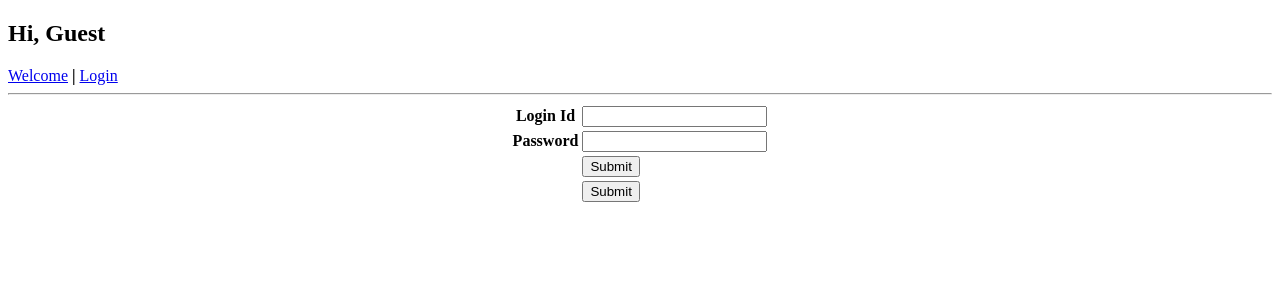
Repository: Ajay12Ajay/Advance_Java
Page: http://localhost/Advance_Web_Project/LoginView.jsp
These files come from the project's save history. The page is drawn as it stood at one moment and after the next save; the edit follows.
The browser window is 1280 px wide. The pictures show the whole page.
The page is served by Tomcat 9.

Above is the page before, as saved 2025-07-24 10:05:44.

After the next save:
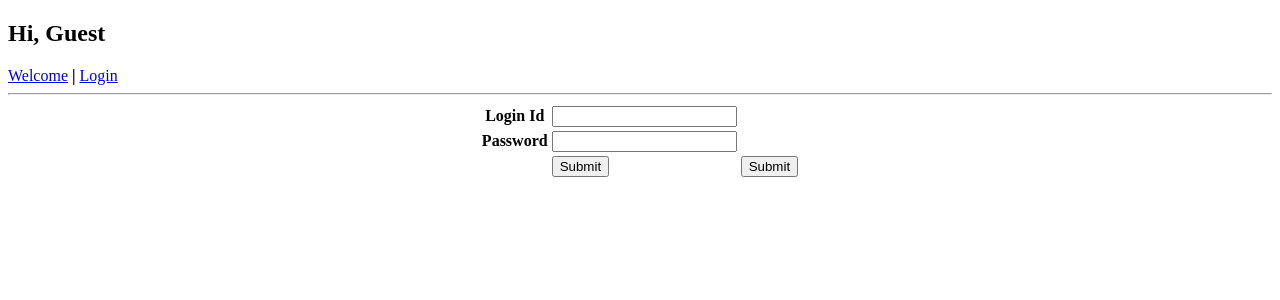
Saved 2 min 3 s later.
--- a/Advance_Java/Advance_Web_Project/WebContent/LoginView.jsp
+++ b/Advance_Java/Advance_Web_Project/WebContent/LoginView.jsp
@@ -24,9 +24,6 @@
 			<tr>
 				<th></th>
 				<td><input type="submit" name="signIn"></td>
-			</tr>
-			<tr>
-				<th></th>
 				<td><input type="submit" name="signUp"></td>
 			</tr>
 
